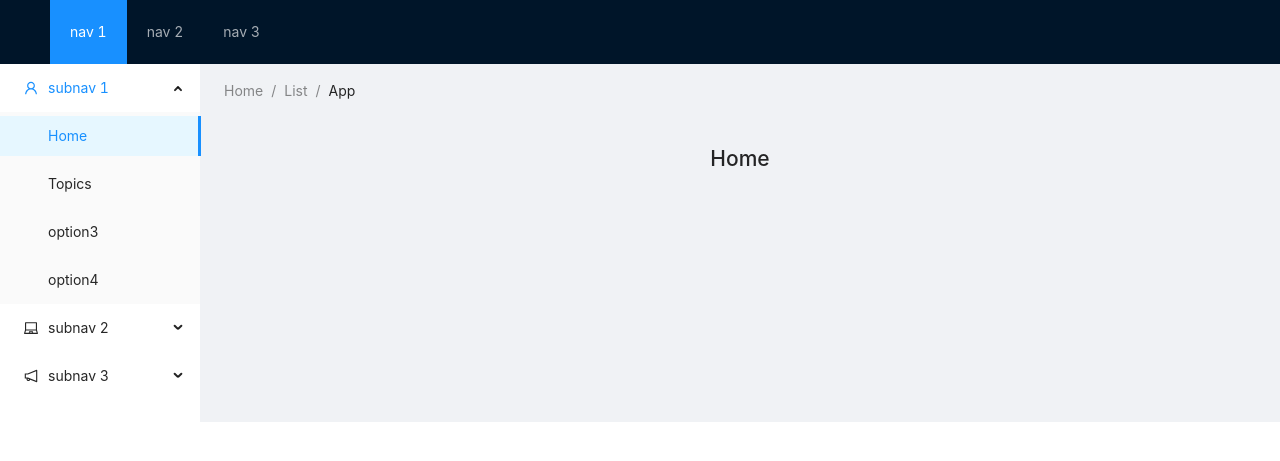
Repository: x213212/sharejobpool
Page: /
The author's editor kept a copy of each file at every save. The page is drawn from the files as they stood at one save, then again after the next save.
The browser window is 1280 px wide. The pictures show the whole page.
The project was rebuilt for these pictures with package versions that can differ from the ones it lists, and the page was loaded fresh each time. Also part of the build but not shown: src/index.css, src/components/CommandButton/CommandButton.js.

Above is the page before, as saved 2020-06-21 17:34:13.

After the next save:
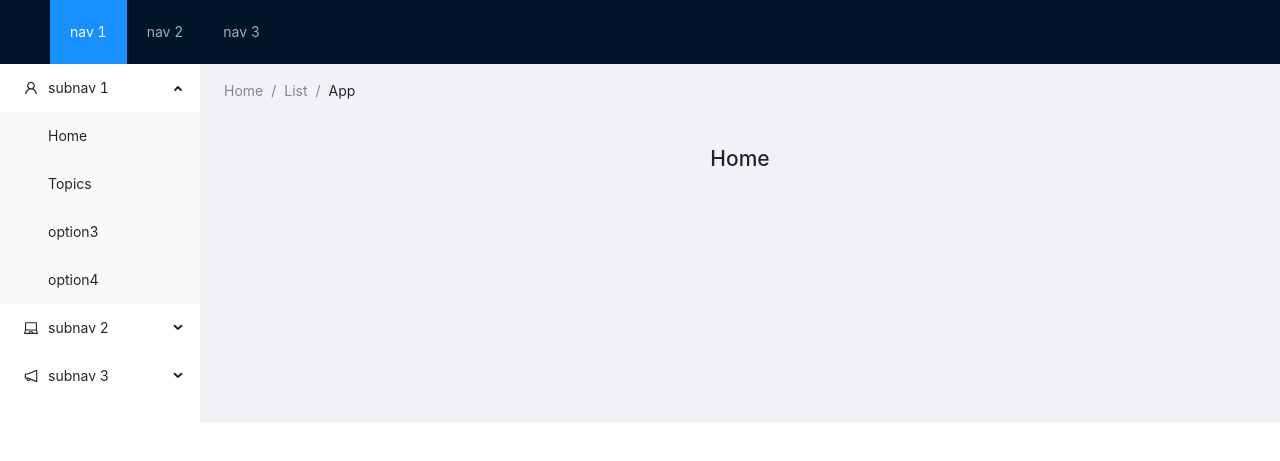
Saved 66 min 2 s later.
--- a/src/App.js
+++ b/src/App.js
@@ -47,7 +47,7 @@ export default class App extends Component {
               <Sider width={200} className="site-layout-background">
                 <Menu
                   mode="inline"
-                  defaultSelectedKeys={['1']}
+                  defaultSelectedKeys={['0']}
                   defaultOpenKeys={['sub1']}
                   style={{ height: '100%', borderRight: 0 }}
                 >
